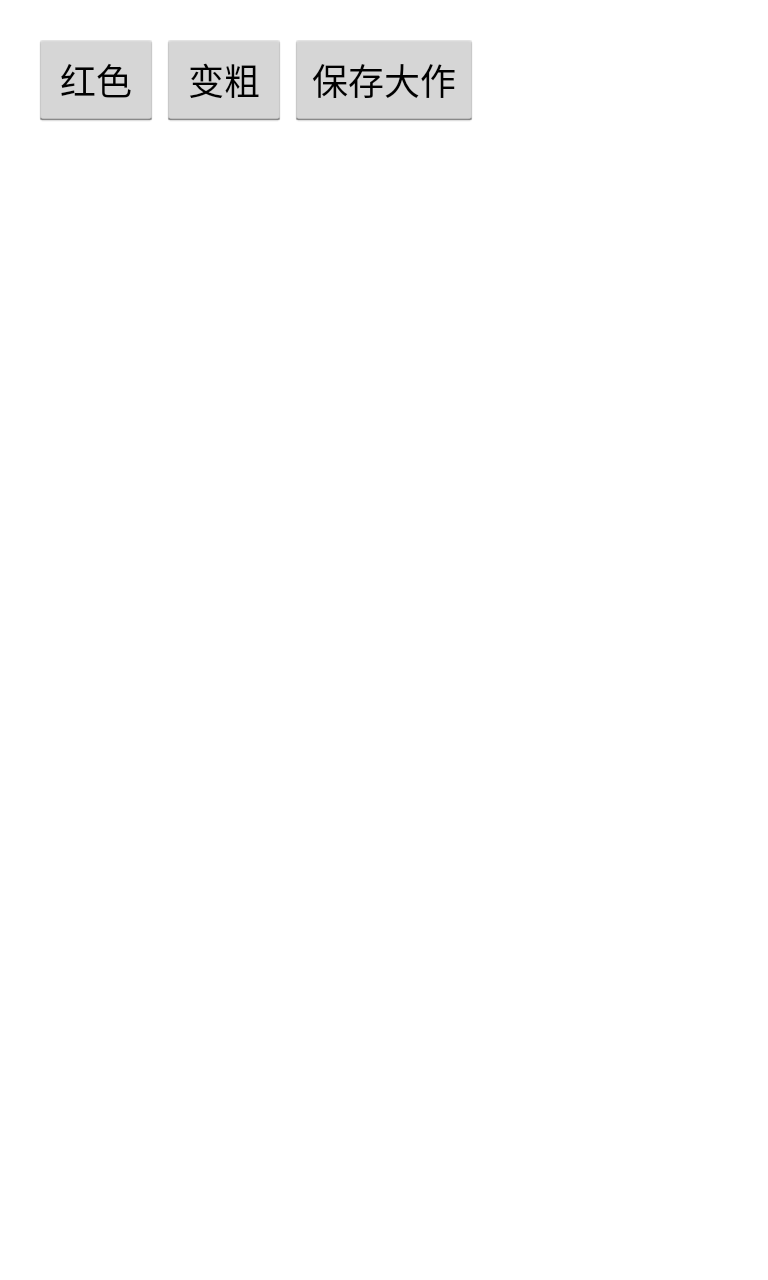
Repository: xfhy/Usually-learn-Android
Layout: 多媒体/4.画画板小案例/res/layout/activity_main.xml
An editor plug-in stored every save of this project. The layout is shown before and after a run of saves, followed by the edit.
It is drawn on a 768 x 1280 px phone screen (xhdpi) without system bars, with theme AppTheme; the app's code is not run.

Above is the layout before, as saved 2017-02-09 01:39:49.

After the next 2 saves:
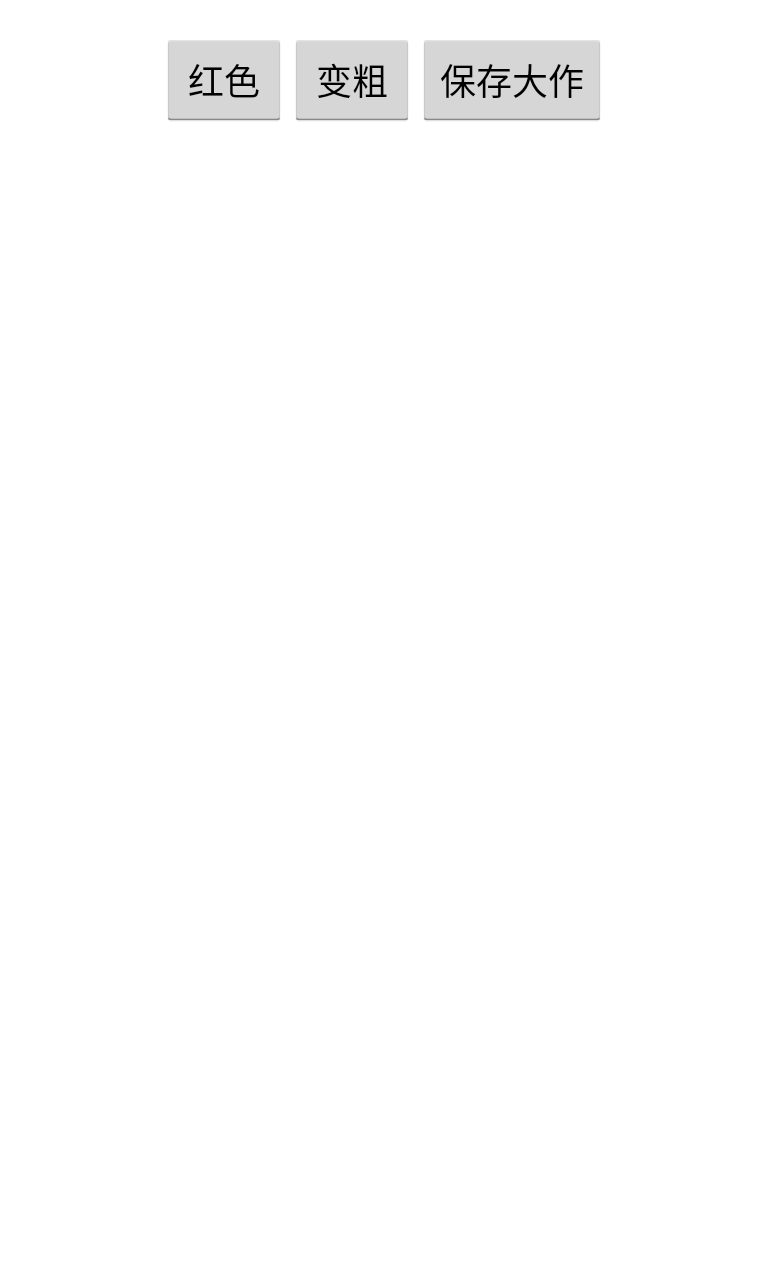
The 2 saves are shown as one change because they came seconds apart.
The last was saved 53 s later.
--- a/多媒体/4.画画板小案例/res/layout/activity_main.xml
+++ b/多媒体/4.画画板小案例/res/layout/activity_main.xml
@@ -17,6 +17,7 @@
     <LinearLayout
         android:layout_width="match_parent"
         android:layout_height="wrap_content"
+        style="?android:attr/buttonBarButtonStyle"
         android:orientation="horizontal" >
 
         <Button
